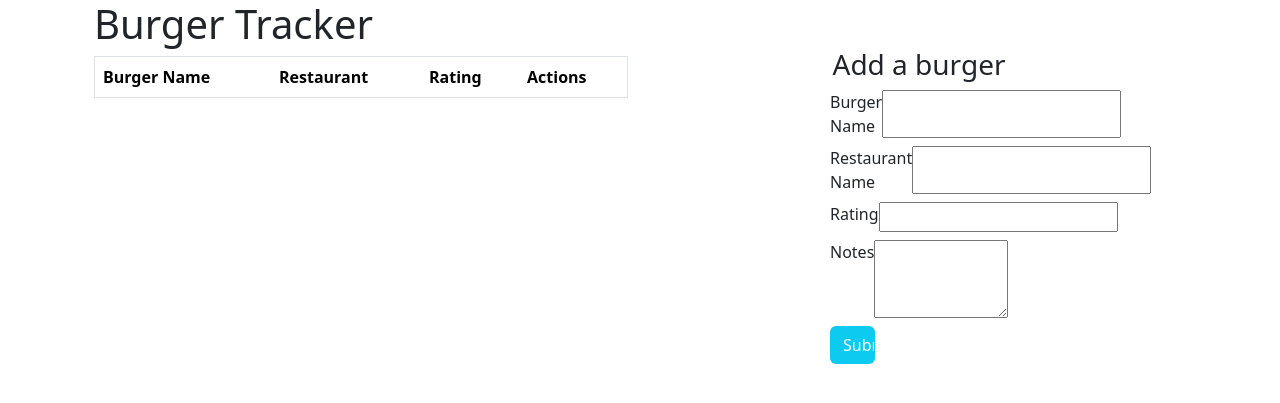
Repository: Hokusai12/Java_Dojo
Page: http://localhost/burgertracker/WEB-INF/index.jsp
These files come from the project's save history. The page is drawn as it stood at one moment and after the next save; the edit follows.
The browser window is 1280 px wide. The pictures show the whole page.
The page is served by Tomcat 9. Nobody is signed in. Other server files are loaded and not shown. The template is opened directly, without the code that normally fills it, so the values that code supplies are empty.

Above is the page before, as saved 2023-03-05 20:39:20.

### Spring/MVC/burgertracker/src/main/webapp/WEB-INF/index.jsp
<%@ page language="java" contentType="text/html; charset=ISO-8859-1"
	pageEncoding="ISO-8859-1"%>
<%@ taglib prefix="c" uri="http://java.sun.com/jsp/jstl/core"%>
<%@ taglib prefix="form" uri="http://www.springframework.org/tags/form"%>
<%@ page isErrorPage="true"%>
<!DOCTYPE html>
<html>
<head>
<meta charset="ISO-8859-1">
<link
	href="https://cdn.jsdelivr.net/npm/bootstrap@5.3.0-alpha1/dist/css/bootstrap.min.css"
	rel="stylesheet"
	integrity="sha384-GLhlTQ8iRABdZLl6O3oVMWSktQOp6b7In1Zl3/Jr59b6EGGoI1aFkw7cmDA6j6gD"
	crossorigin="anonymous">
<title>Burgerator</title>
</head>
<body>
	<div class="container d-flex">
		<div class="container col-6">
			<h1>Burger Tracker</h1>
			<table class="table border">
				<thead>
					<tr>
						<th>Burger Name</th>
						<th>Restaurant</th>
						<th>Rating</th>
						<th>Actions</th>
					</tr>
				</thead>
				<tbody>
					<c:forEach items="${burgers}" var="burger">
						<tr>
							<td>${burger.name}</td>
							<td>${burger.restaurant}</td>
							<td>${burger.rating}</td>
							<td><a href="/burgers/edit/${burger.id}">Edit</a></td>
						</tr>
					</c:forEach>
				</tbody>
			</table>
		</div>
		<div class="container mt-5 d-flex flex-column align-items-center">
			<h3>Add a burger</h3>
			<form:form class="col-4 d-flex flex-column gap-2" action="/"
				method="POST" modelAttribute="burger">
				<div class="d-flex justify-content-between">
					<form:label path="name">Burger Name</form:label>
					<form:input type="text" path="name" />
				</div>
				<form:errors class="text-danger" path="name" />
				<div class="d-flex justify-content-between">
					<form:label path="restaurant">Restaurant Name</form:label>
					<form:input type="text" path="restaurant" />
				</div>
				<form:errors class="text-danger" path="restaurant" />
				<div class="d-flex justify-content-between">
					<form:label path="rating">Rating</form:label>
					<form:input type="text" path="rating" step="0.1" />
				</div>
				<form:errors class="text-danger" path="rating" />
				<div class="d-flex justify-content-between">
					<form:label path="notes">Notes</form:label>
					<form:textarea path="notes" id="notes" cols="20" rows="3"></form:textarea>
				</div>
				<form:errors class="text-danger" path="notes" />
				<input
					class="col-3 btn bg-info text-white <align-self-end></align-self-end>"
					type="submit" value="Submit" />
			</form:form>
		</div>
	</div>
</body>
</html>

After the next save:
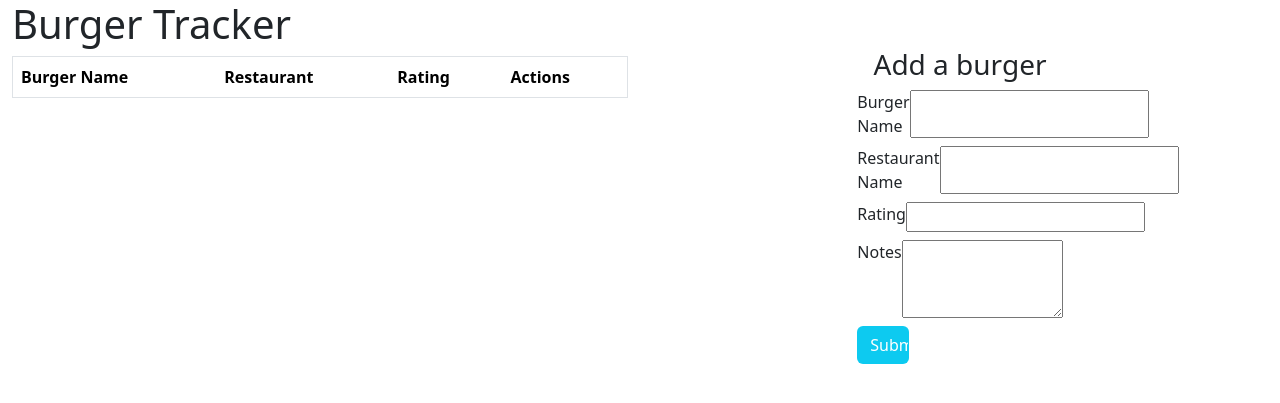
Saved 23 s later.
--- a/Spring/MVC/burgertracker/src/main/webapp/WEB-INF/index.jsp
+++ b/Spring/MVC/burgertracker/src/main/webapp/WEB-INF/index.jsp
@@ -15,7 +15,7 @@
 <title>Burgerator</title>
 </head>
 <body>
-	<div class="container d-flex">
+	<div class="d-flex">
 		<div class="container col-6">
 			<h1>Burger Tracker</h1>
 			<table class="table border">
